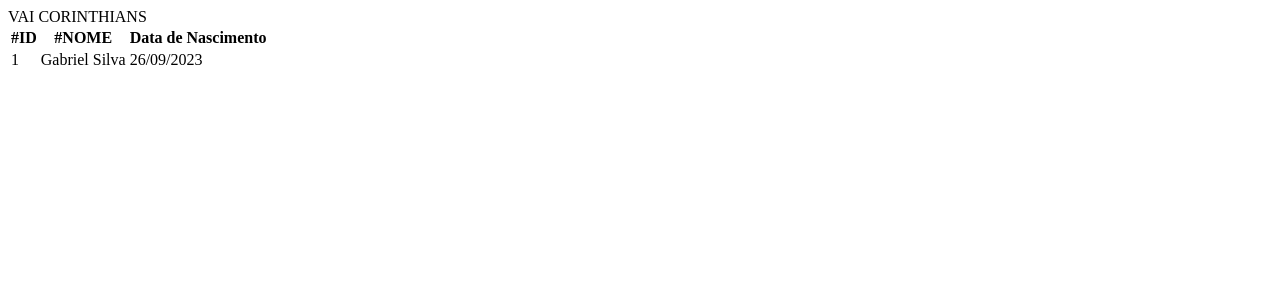
Repository: gabrielsilva9810/FATEC_LABEngSoftware
Page: ExemploHTML/src/main/webapp/index.html
The author's editor kept a copy of each file at every save. The page is drawn from the files as they stood at one save, then again after the next save.
The browser window is 1280 px wide. The pictures show the whole page.

Above is the page before, as saved 2023-08-26 12:55:27.

### ExemploHTML/src/main/webapp/index.html
<!DOCTYPE html>
<html>

<head>
	<meta charset="UTF-8">
	<title>Exemplo HTML</title>
</head>

<body>
	<div>

		<table>
			<thead>
				<tr>
					<th><b> #ID</b></th>
					<th><b> #NOME</b></th>
					<th><b> Data de Nascimento</b></th>
				</tr>
			</thead>
			<tbody>
				<tr>
					<td>1</td>
					<td>Gabriel Silva</td>
					<td>26/09/2023</td>
				</tr>
			</tbody>

			VAI CORINTHIANS
		</table>

	</div>
</body>

</html>

After the next save:
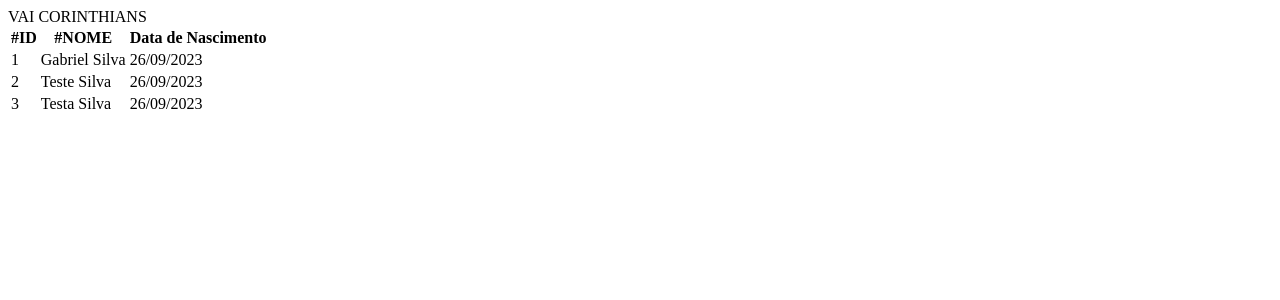
Saved 58 s later.
--- a/ExemploHTML/src/main/webapp/index.html
+++ b/ExemploHTML/src/main/webapp/index.html
@@ -23,6 +23,20 @@
 					<td>Gabriel Silva</td>
 					<td>26/09/2023</td>
 				</tr>
+
+				<tr>
+					<td>2</td>
+					<td>Teste Silva</td>
+					<td>26/09/2023</td>
+				</tr>
+
+				<tr>
+					<td>3</td>
+					<td>Testa Silva</td>
+					<td>26/09/2023</td>
+				</tr>
+
+
 			</tbody>
 
 			VAI CORINTHIANS
